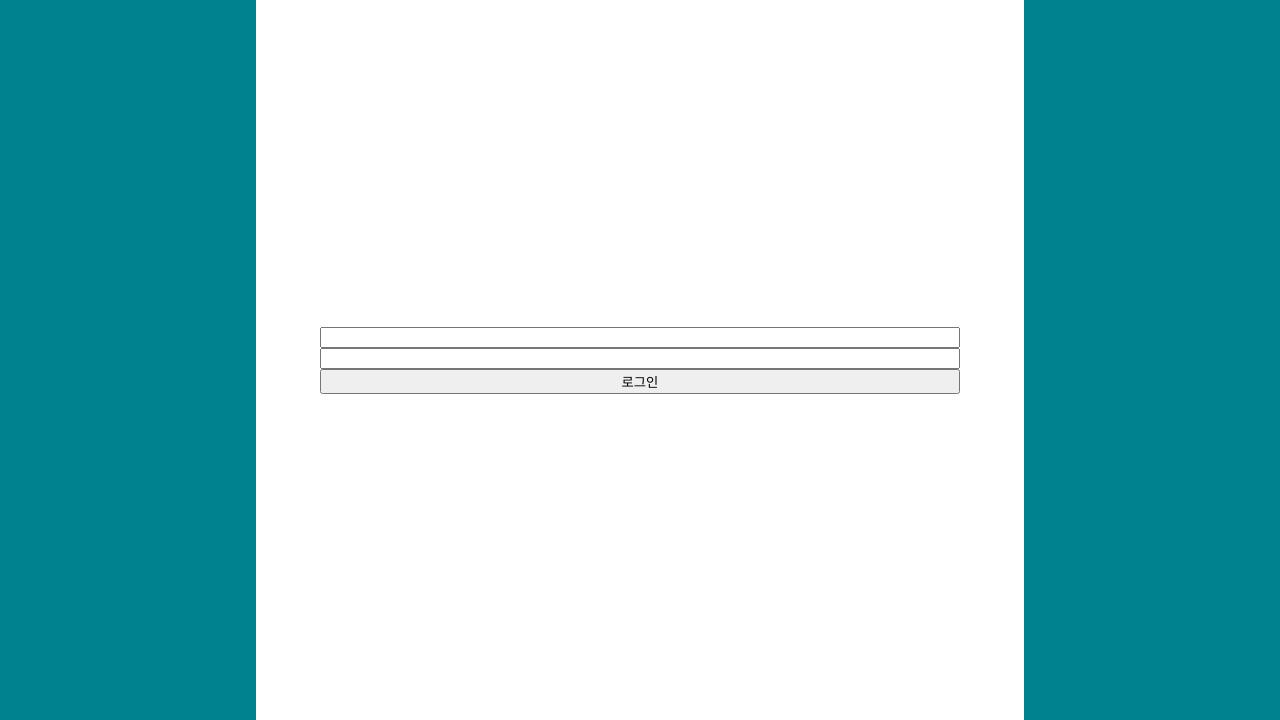
Repository: SeungYn/ticktickup-client
Page: /Login
An editor plug-in stored every save of this project. The page is shown before and after the next save, followed by the edit.
The browser window is 1280 px wide. The pictures show the whole page.
The project was rebuilt for these pictures with package versions that can differ from the ones it lists, and the page was loaded fresh each time. Also part of the build but not shown: src/pages/Main.tsx, src/pages/TimeDetail.tsx, src/pages/MyInfo.tsx.

Above is the page before, as saved 2022-12-29 22:36:57.

After the next save:
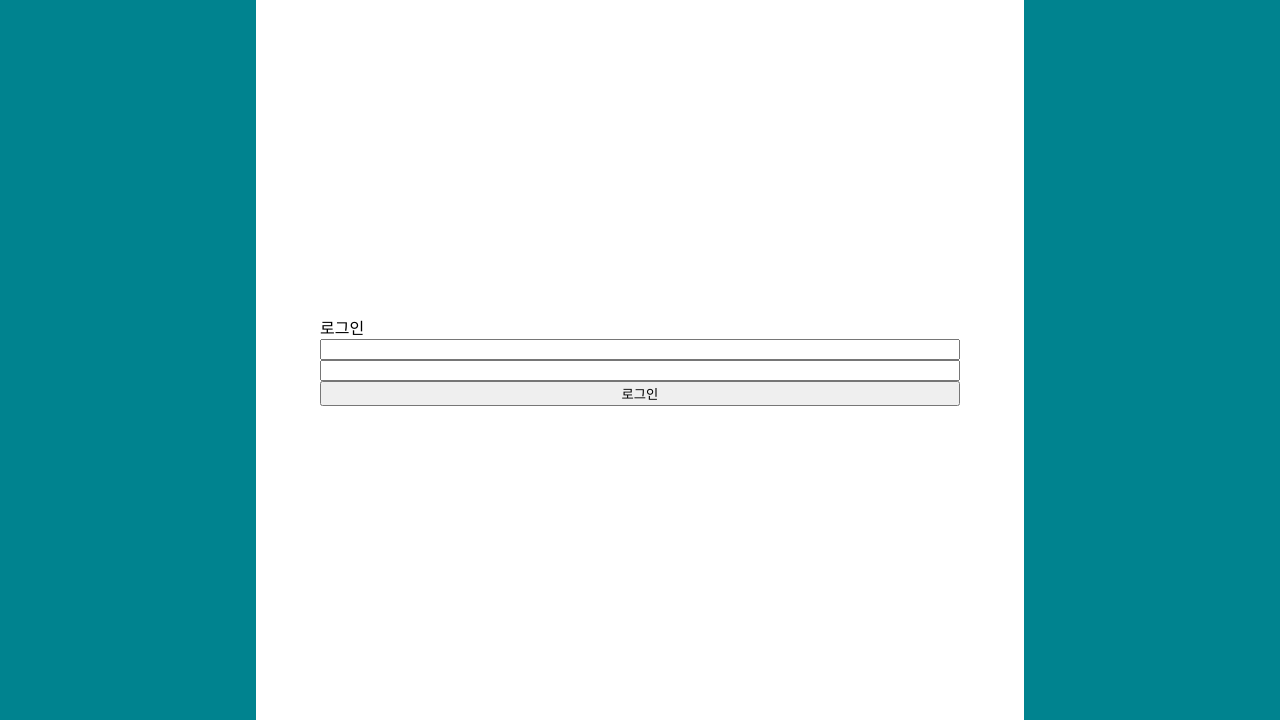
Saved 2 min 12 s later.
--- a/src/components/auth/AuthForm.tsx
+++ b/src/components/auth/AuthForm.tsx
@@ -5,6 +5,7 @@ const cx = classNames.bind(styles);
 export default function AuthForm() {
   return (
     <form className={cx('form')}>
+      <label htmlFor='login'>로그인</label>
       <input type='text' />
       <input type='password' />
       <button>로그인</button>
